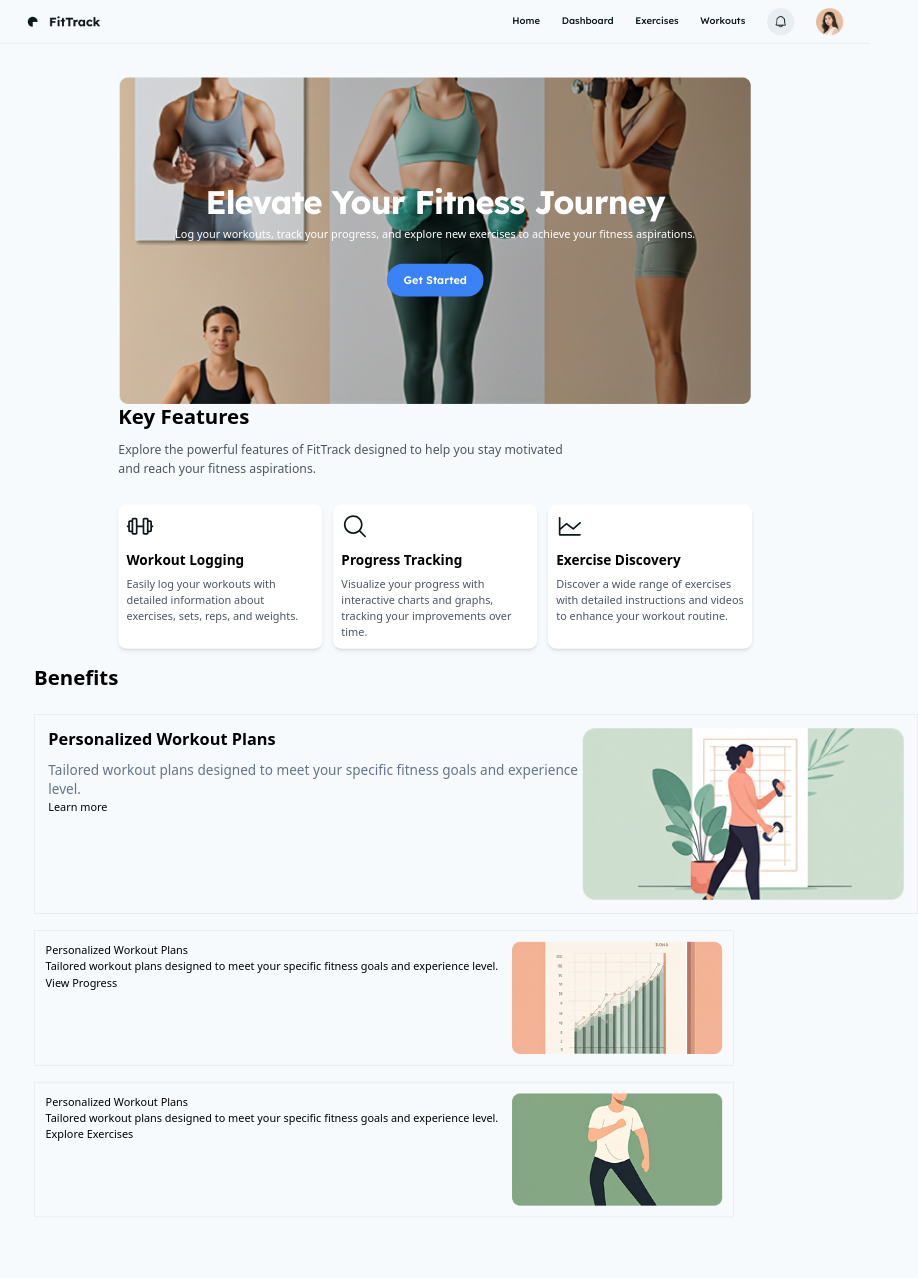
Repository: Emy-gold/fitness-tracking-platform
Page: /
These files come from the project's save history. The page is drawn as it stood at one moment and after the next save; the edit follows.
The browser window is 1280 px wide. The page is 1350 px wide, then 1300 px, so the pictures cover 1350 px, including what lies to the right of the window. The pictures show the whole page, at 68% of full size.
The project was rebuilt for these pictures with package versions that can differ from the ones it lists, and the page was loaded fresh each time. Also part of the build but not shown: vite.config.js, src/Pages/Dashboard.jsx, src/Pages/Exercises.jsx, src/Pages/Workouts.jsx, src/components/Footer.jsx.

Above is the page before, as saved 2025-08-27 15:54:34.

After the next save:
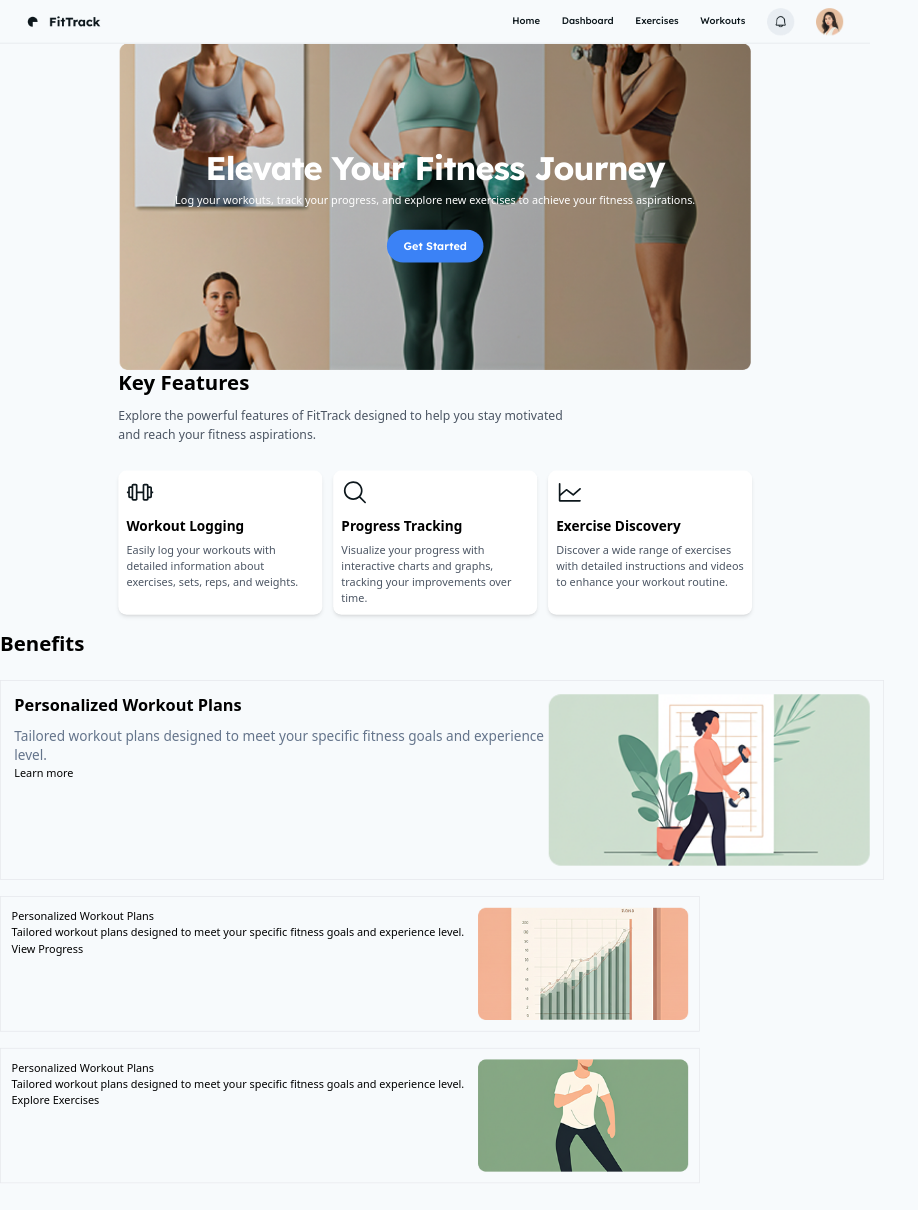
Saved 31 s later.
--- a/src/index.css
+++ b/src/index.css
@@ -9,5 +9,5 @@ body{
 }
 
 main{
-    padding: 50px;
+    padding: 0px;
 }
